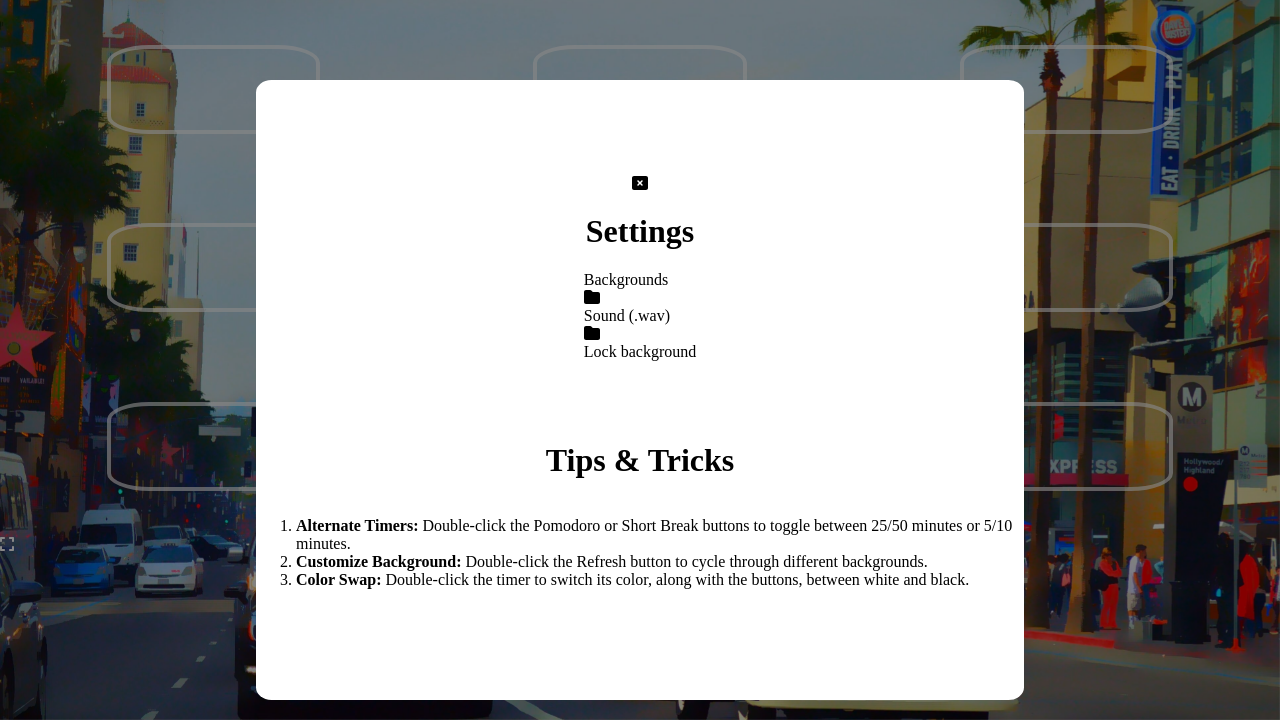
Repository: ttommytan/pomodoro
Page: /, after clicking the first element matching `svg.fa-gear`
An editor plug-in stored every save of this project. The page is shown before and after a run of saves, followed by the edit.
The browser window is 1280 px wide. The pictures show the whole page.
The project was rebuilt for these pictures with package versions that can differ from the ones it lists, and the page was loaded fresh each time. Also part of the build but not shown: vite.config.js, src/components/Test.jsx, src/components/SliderComponent.jsx. Imported but missing from the stored project, and not drawn on this page: src/assets/chime.wav.

Above is the page before, as saved 2024-08-27 11:13:08.

### index.html
<!doctype html>
<html lang="en">
  <head>
    <meta charset="UTF-8" />
    <link rel="icon" type="image/svg+xml" href="/vite.svg" />
    <meta name="viewport" content="width=device-width, initial-scale=1.0" />
    <title>Pomodoro Timer</title>
    <link rel="preconnect" href="https://fonts.googleapis.com">
    <link rel="preconnect" href="https://fonts.gstatic.com" crossorigin>
    <link href="https://fonts.googleapis.com/css2?family=Space+Grotesk:wght@300..700&display=swap" rel="stylesheet">
  </head>
  <body>
    <div id="root"></div>

    <script type="module" src="/src/main.jsx"></script>
  </body>
</html>

### src/App.jsx
import { useState } from 'react'
import Test from './components/Test'
import Countdown from './components/Countdown'
import SliderComponent from './components/SliderComponent'

function App() {
  const [count, setCount] = useState(0)

  return (
    <>

    <div className=''>
        <Countdown givenTime={1500}/>
    </div>
    </>
  )
}

export default App

### src/index.css
.big-container {
  top: 0;
  left: 0;
  width: 100%;
  height: 100%;
  position: absolute;
  display: grid;
  overflow: hidden;
  margin: 0;
  padding: 0;
  background-size: cover;
  background-repeat: no-repeat;
  background-attachment: fixed;
  background-position: center;

  grid-template-areas: "top-left top-mid top-right"
                       "mid-left mid-mid mid-right"
                       "bot-left bot-mid bot-right";
}

.containers-top-left, .containers-top-mid, .containers-top-right,
.containers-mid-left, .containers-mid-mid, .containers-mid-right,
.containers-bot-left, .containers-bot-mid, .containers-bot-right {
  width:500px;
  height: 300px;
  font-family: "Space Grotesk", sans-serif;
  font-weight: 400;
  display: flex;
  flex-direction: column;
  justify-content: space-evenly;
  align-items: center;
  position: absolute;
  top: 50%;
  left: 50%;
  transform: translate(-50%, -50%);
  padding: 10px;
  user-select: none;
  -moz-user-select: none;
  -khtml-user-select: none;
  -webkit-user-select: none;
  -o-user-select: none;
  z-index: 2;
}

.containers-top-left:hover, .containers-top-mid:hover, .containers-top-right:hover,
.containers-mid-left:hover, .containers-mid-mid:hover, .containers-mid-right:hover,
.containers-bot-left:hover, .containers-bot-mid:hover, .containers-bot-right:hover
{
  cursor: pointer;
}
.containers-top-left{
  grid-area: top-left;
  padding-top: 10%;
}
.containers-top-mid {
  grid-area: top-mid;
  padding-top: 10%;
}
.containers-top-right {
  grid-area: top-right;
  padding-top: 10%;
}

.containers-mid-left {
  grid-area: mid-left;
}
.containers-mid-mid {
  grid-area: mid-mid;
}
.containers-mid-right {
  grid-area: mid-right;
}


.containers-bot-left {
  grid-area: bot-left;
  padding-bottom: 10%;
}
.containers-bot-mid {
  grid-area: bot-mid;
  padding-bottom: 10%;
}
.containers-bot-right {
  grid-area: bot-right;
  padding-bottom: 10%;
}

.top-left, .top-mid, .top-right,
.mid-left, .mid-mid, .mid-right,
.bot-left, .bot-mid, .bot-right{
  height: 50%;
  width: 50%;
  margin:auto;
  border-radius: 20%;
  border: rgba(255, 255, 255, 0.637) .3em solid;
  opacity: 1;
  background-color: rgba(0, 0, 0, 0);
}

.top-left:hover, .top-mid:hover, .top-right:hover,
.mid-left:hover, .mid-mid:hover, .mid-right:hover,
.bot-left:hover, .bot-mid:hover, .bot-right:hover{
  opacity: 1;
}

.top-leftblack, .top-midblack, .top-rightblack,
.mid-leftblack, .mid-midblack, .mid-rightblack,
.bot-leftblack, .bot-midblack, .bot-rightblack{
  height: 50%;
  width: 50%;
  margin:auto;
  border-radius: 20%;
  border: rgba(0, 0, 0, 0.637) .3em solid;
  opacity: 0;
  background-color: rgba(0, 0, 0, 0);
}

.top-leftblack:hover, .top-midblack:hover, .top-rightblack:hover,
.mid-leftblack:hover, .mid-midblack:hover, .mid-rightblack:hover,
.bot-leftblack:hover, .bot-midblack:hover, .bot-rightblack:hover{
  opacity: 1;
}

.top-left {grid-area: top-left;}
.top-mid {grid-area: top-mid;}
.top-right {grid-area: top-right;}

.mid-left {grid-area: mid-left;}
.mid-mid {grid-area: mid-mid;}
.mid-right {grid-area: mid-right;}

.bot-left {grid-area: bot-left;}
.bot-mid {grid-area: bot-mid;}
.bot-right {grid-area: bot-right;}





.inner-element {
  font-size: 80px;
  flex-wrap: wrap;
  text-align: center;
  margin:0;

}


.time {
  margin: 0;
  color: white;
}

.timeblack {
  margin: 0;
  color: black;
}


.buttons, .buttonsactive, .pause-button {
  margin: 0 5px; /* Add some space between buttons */
  cursor: pointer;
  color: white;
  border-radius: 30px;
  width: 124px;
  height: 42px;
  font-size: 18px;
  box-shadow: none;
  border: solid white;
  background-color: rgba(255, 255, 255, 0);
  font-weight: 600;

}

.buttonsactive{
  background-color: white;
  color: black;
}
.buttons:hover{
  background-color: white;
  color: black
}
.pause-button:hover{
  background-color: rgba(255, 255, 255, 0);
  color: white;
}

.buttonsblack, .buttonsactiveblack, .pause-buttonblack {
  margin: 0 5px; /* Add some space between buttons */
  cursor: pointer;
  color: black;
  border-radius: 30px;
  width: 124px;
  height: 42px;
  font-size: 18px;
  box-shadow: none;
  border: solid black;
  background-color: rgba(255, 255, 255, 0);
  font-weight: 600;

}
.buttonsactiveblack{
  background-color: black;
  color: white;
}
.buttonsblack:hover{
  background-color: black;
  color: white
}

.pause-buttonblack:hover{
  background-color: rgba(255, 255, 255, 0);
  color: black;
}

.pause-button {
  width: 100px;
  background-color: white;
  color: black
}

.pause-buttonblack {
  width: 100px;
  background-color: black;
  color: white
}


.bg-img{
  width: 100%;
  height: 100%;
  display: block;
}


.top-buttons {
  transition: opacity .8s ease-in-out;
  opacity: 1;
}

.top-buttonshide {
  opacity: 0;
  transition: opacity .8s ease-in-out;
}




.slider-container {
  max-width: 600px;
  margin: auto;
}

.slide {
  padding: 20px;
  font-size: 18px;
  text-align: center;
}

.slick-dots li button:before {
  font-size: 12px;
  color: blue; /* Change this to the color you prefer */
}

.slick-dots li.slick-active button:before {
  color: red !important; /* Change this to the color you prefer */
}

.slick-prev:before,
.slick-next:before {
  color: black; /* Change this to the color you prefer */
}

.top-right{
  position: relative;
}

.settings{
  grid-area: top-right;
  width: 45px;
  height: 45px;
  margin: auto;
  z-index: 1;
}

.outer-popup{
  position: fixed;
  top: 0;
  left: 0;
  width: 100%;
  height: 100vh;
  display: flex;
  justify-content: center;
  align-items: center;
  background-color: rgba(0, 0, 0, 0.472);
  z-index: 1000;
}

.inner-popup {
  background-color: rgb(255, 255, 255);
  width: 60%;
  height: 620px;
  display: flex;
  flex-direction: column;
  justify-content: center;
  align-items: center;
  transform: translateY(30px);
  border-radius: 2%;
  z-index: 1001;
}

Loaded but not shown: src/main.jsx (common file); src/components/Countdown.jsx (615 lines, source omitted)

After the next 2 saves:
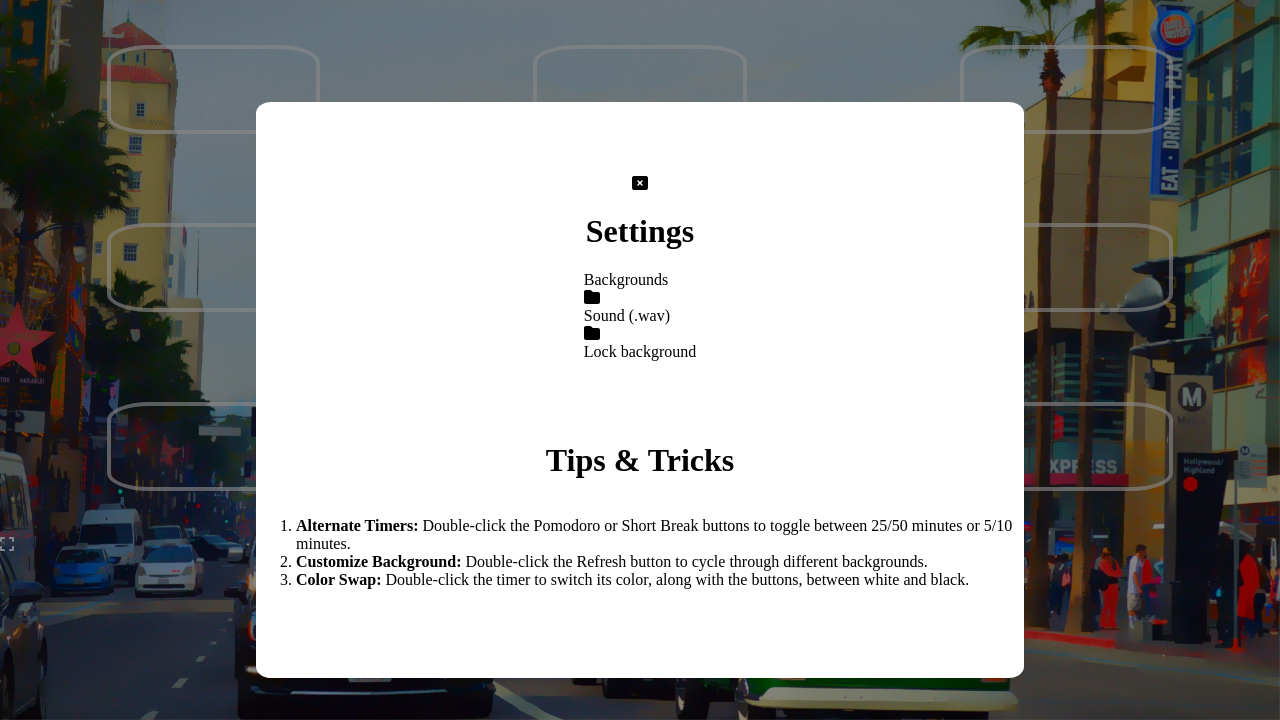
The 2 saves are shown as one change because they came seconds apart.
The last was saved 6 s later.
--- a/src/index.css
+++ b/src/index.css
@@ -299,7 +299,7 @@
 .inner-popup {
   background-color: rgb(255, 255, 255);
   width: 60%;
-  height: 620px;
+  height: 80%;
   display: flex;
   flex-direction: column;
   justify-content: center;
